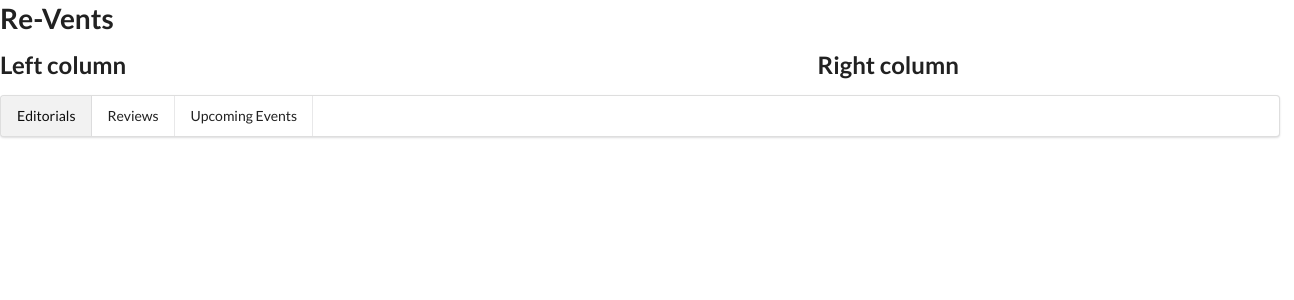
Repository: Preranabaruah/react-semantic-ui
Page: /
An editor plug-in stored every save of this project. The page is shown before and after the next save, followed by the edit.
The browser window is 1280 px wide. The page is 1294 px wide, so the pictures cover 1294 px, including what lies to the right of the window. The pictures show the whole page.
The project was rebuilt for these pictures with package versions that can differ from the ones it lists, and the page was loaded fresh each time. Also part of the build but not shown: vite.config.ts.

Above is the page before, as saved 2023-09-08 12:43:46.

After the next save:
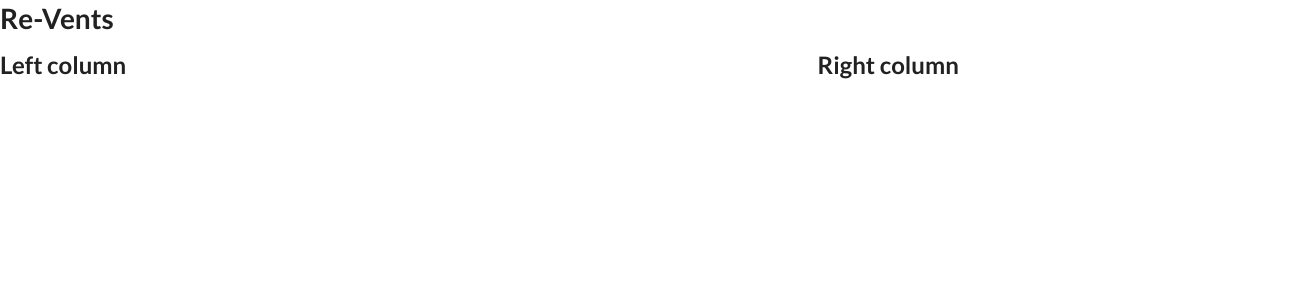
Saved 20 s later.
--- a/src/App.tsx
+++ b/src/App.tsx
@@ -7,7 +7,6 @@
       <div>
         <h1>Re-Vents</h1>
         <EventDashboard />
-        <NavBar />
       </div>
     </>
   );

After the 3 saves that followed:
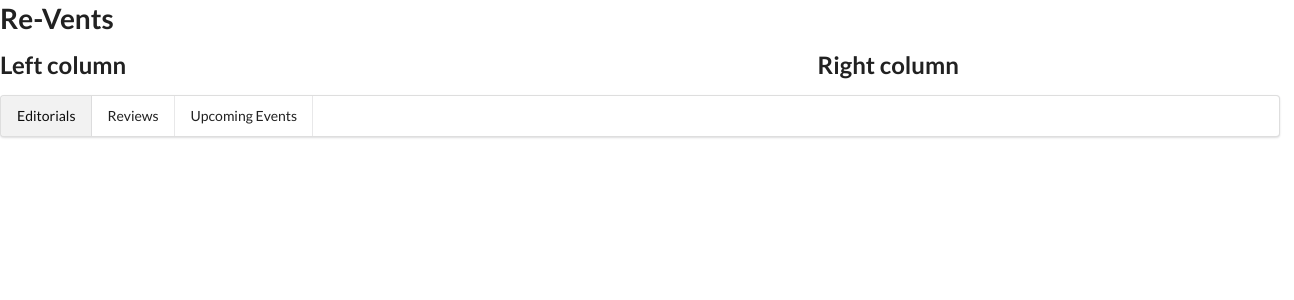
The 3 saves are shown as one change because 2 left the picture as it was.
The last was saved 108 s later.
--- a/index.html
+++ b/index.html
@@ -8,6 +8,6 @@
   </head>
   <body>
     <div id="root"></div>
-    <script type="module" src="/src/main.tsx"></script>
+    <script type="module" src="/src/index.tsx"></script>
   </body>
 </html>
--- a/src/App.tsx
+++ b/src/App.tsx
@@ -7,6 +7,7 @@
       <div>
         <h1>Re-Vents</h1>
         <EventDashboard />
+        <NavBar />
       </div>
     </>
   );
